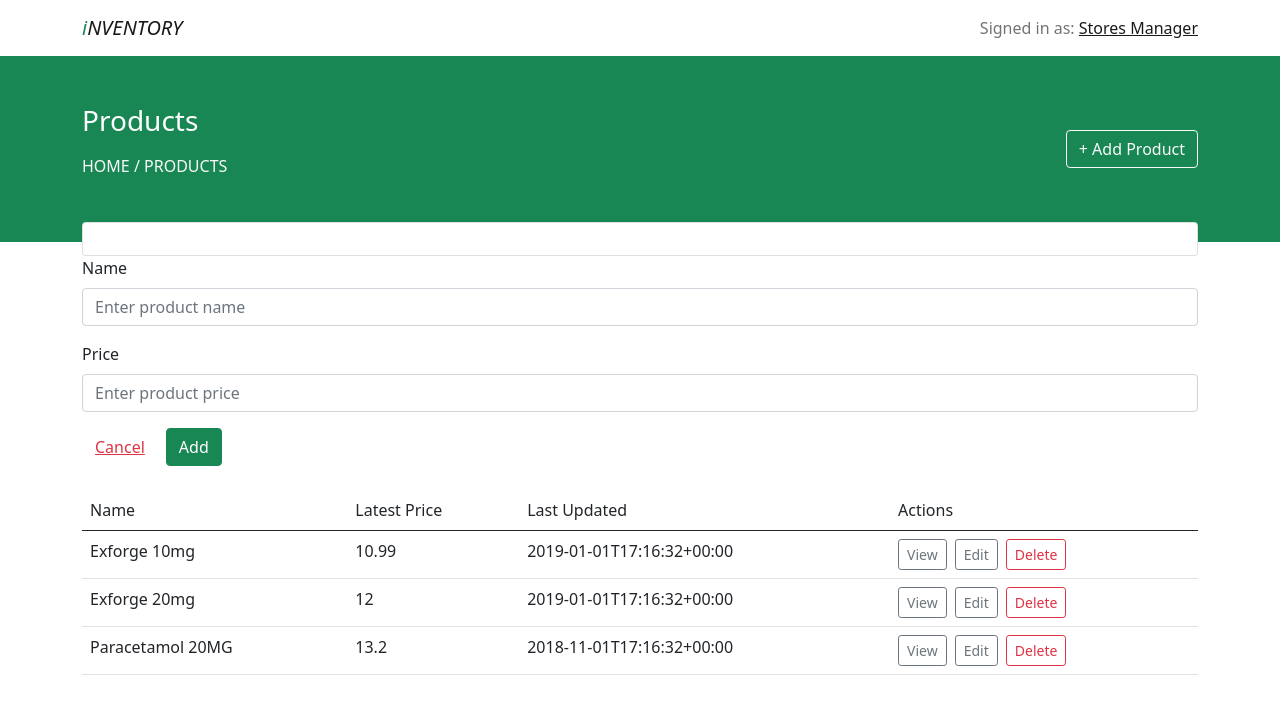
Repository: tHEO2k17/inventory-manager
Page: /
The author's editor kept a copy of each file at every save. The page is drawn from the files as they stood at one save, then again after the next save.
The browser window is 1280 px wide. The pictures show the whole page.
The project was rebuilt for these pictures with package versions that can differ from the ones it lists, and the page was loaded fresh each time.

Above is the page before, as saved 2021-08-31 09:26:40.

### src/index.tsx
import React from 'react';
import ReactDOM from 'react-dom';
import './index.scss';
import App from './presentation/App';

ReactDOM.render(
  <React.StrictMode>
    <App />
  </React.StrictMode>,
  document.getElementById('root')
);

### src/index.scss
@import '~bootstrap/scss/bootstrap.scss';

.mover{
    margin-top: -20px;
}

### src/presentation/App.tsx
import ProductsPage from './pages/ProductsPage';

export default function App() {
  return ( <ProductsPage/> );
}

### src/presentation/pages/ProductsPage.tsx
import { Component } from "react"
import { Card, Container, Table } from "react-bootstrap";
import { mock } from "../../core/mock";
import Banner from "../components/Banner";
import Product from "../components/Product";
import ProductForm from "../components/ProductForm";
import TopBar from "../components/TopBar";

export default class ProductsPage extends Component {
    // constructor(props: any) {
    //     super(props);
    // }

    render() {
        return (
            <>
            <TopBar/>
            <Banner/>
            <Container>
                <Card className="mover">
                    <Card.Body>

                    </Card.Body>
                </Card>
                <ProductForm/>
                <br/>
                <Table>
                    <thead>
                        <tr>
                            <td>Name</td>
                            <td>Latest Price</td>
                            <td>Last Updated</td>
                            <td>Actions</td>
                        </tr>
                    </thead>
                    <tbody>
                        {
                            mock.products.map(product => <Product key={product.id} product={product} />)
                        }
                    </tbody>
                </Table>
            </Container>
            </>
        );
    }
}

### src/core/mock.ts
export const mock = {
    "products": [
        {
            "id": 1,
            "name": "Exforge 10mg",
            "prices": [
                {
                    "id": 1,
                    "price": 10.99,
                    "date": "2019-01-01T17:16:32+00:00"
                },
                {
                    "id": 2,
                    "price": 9.20,
                    "date": "2018-11-01T17:16:32+00:00"
                }
            ]
        },
        {
            "id": 2,
            "name": "Exforge 20mg",
            "prices": [
                {
                    "id": 3,
                    "price": 12.00,
                    "date": "2019-01-01T17:16:32+00:00"
                },
                {
                    "id": 4,
                    "price": 13.20,
                    "date": "2018-11-01T17:16:32+00:00"
                }
            ]
        },
        {
            "id": 3,
            "name": "Paracetamol 20MG",
            "prices": [
                {
                    "id": 5,
                    "price": 5.00,
                    "date": "2017-01-01T17:16:32+00:00"
                },
                {
                    "id": 6,
                    "price": 13.20,
                    "date": "2018-11-01T17:16:32+00:00"
                }
            ]
        }
    ]
};

### src/presentation/components/Banner.tsx
import { Button, Col, Container, Row } from "react-bootstrap";

const Banner = () => {
    return (
        <section className="bg-success">
            <Container className="py-5 text-white">
                <Row className="align-items-center">
                    <Col>
                        <h3>Products</h3>
                        <p className="text-light mt-3 fw-light fs-6">HOME / PRODUCTS</p>
                    </Col>
                    <Col>
                        <Button variant="outline-light" className="float-end">+ Add Product</Button>
                    </Col>
                </Row>
            </Container>
        </section>
    );
}

export default Banner;

### src/presentation/components/Product.tsx
import { Button } from "react-bootstrap"
import moment from 'moment';

const Product = ({ product }: ProductProps) => {

    const findLatestPriceInfo = (prices: any[]): any => {
        return prices.reduce(
            (acc: any, value: any) =>
                moment(acc.date).isAfter(value.date)
                    ? acc
                    : value
        );
    }

    return (
        <tr>
            <td>{product.name}</td>
            <td>{findLatestPriceInfo(product.prices).price}</td>
            <td>{findLatestPriceInfo(product.prices).date}</td>
            <td>
                <Button size="sm" variant="outline-secondary">View</Button>
                <Button size="sm" variant="outline-secondary" className="mx-2">Edit</Button>
                <Button size="sm" variant="outline-danger">Delete</Button>
            </td>
        </tr>
    );

}

export default Product;

type ProductProps = {
    key: any,
    product: any
}

### src/presentation/components/ProductForm.tsx
import { Component } from "react";
import { Button, Form } from "react-bootstrap";

export default class ProductForm extends Component {
    // constructor(props: any) {
    //     super(props);
    // }

    render() {
        return (
            <Form>
                <Form.Group className="mb-3">
                    <Form.Label>Name</Form.Label>
                    <Form.Control type="text" placeholder="Enter product name" />
                </Form.Group>

                <Form.Group className="mb-3">
                    <Form.Label>Price</Form.Label>
                    <Form.Control type="text" placeholder="Enter product price" />
                </Form.Group>

                <Form.Group>
                    <Button variant="link" className="me-2 text-danger">Cancel</Button>
                    <Button variant="success">Add</Button>
                </Form.Group>

            </Form>
        );
    }
}

### src/presentation/components/TopBar.tsx
import { Container, Navbar } from "react-bootstrap";

const TopBar = () => {
    return (
        <Navbar>
            <Container>
                <Navbar.Brand href="#home" className="fst-italic"><span className="text-success">i</span>NVENTORY</Navbar.Brand>
                <Navbar.Toggle />
                <Navbar.Collapse className="justify-content-end">
                    <Navbar.Text>
                        Signed in as: <a href="#login">Stores Manager</a>
                    </Navbar.Text>
                </Navbar.Collapse>
            </Container>
        </Navbar>
    );
}

export default TopBar;

Loaded but not shown: public/index.html (common file)

After the next save:
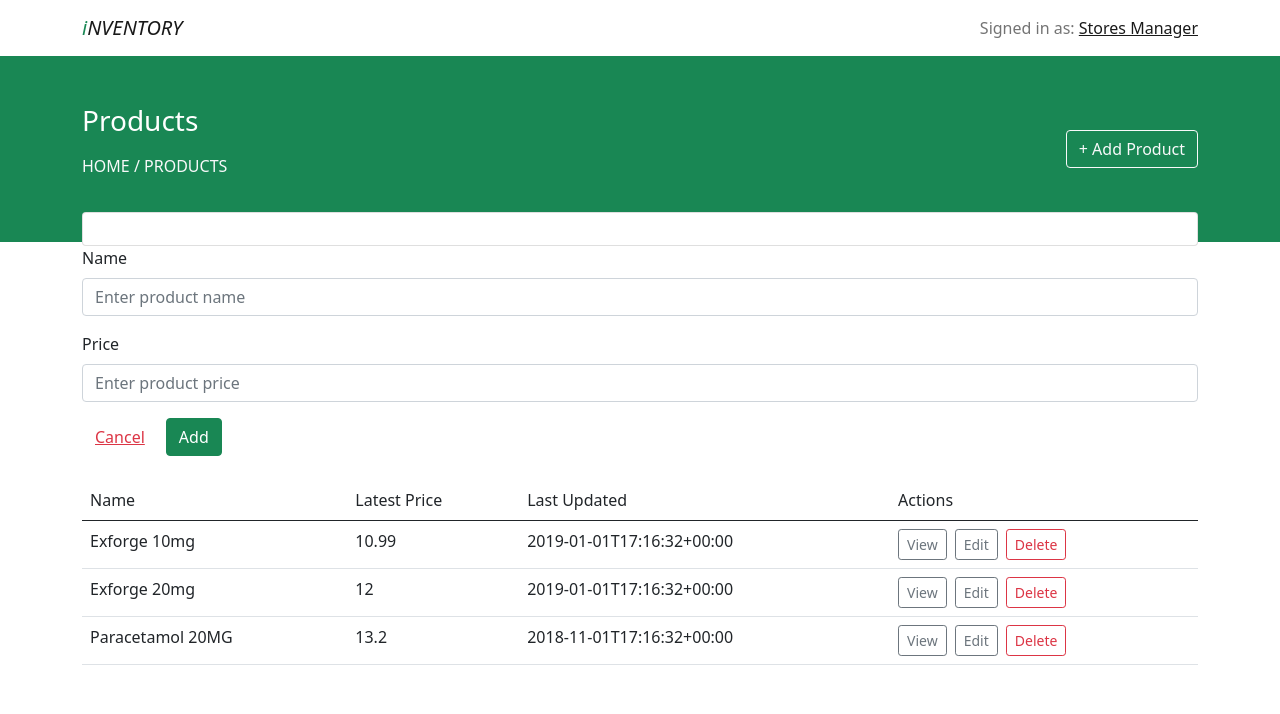
Saved 13 s later.
--- a/src/index.scss
+++ b/src/index.scss
@@ -1,5 +1,5 @@
 @import '~bootstrap/scss/bootstrap.scss';
 
 .mover{
-    margin-top: -20px;
+    margin-top: -30px;
 }
